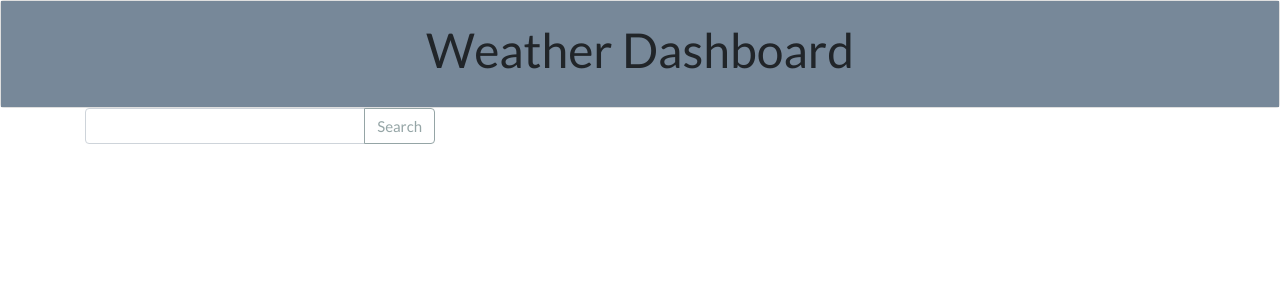
Repository: himaja830/Weather-Dashboard
Page: index.html
An editor plug-in stored every save of this project. The page is shown before and after the next save, followed by the edit.
The browser window is 1280 px wide. The pictures show the whole page.
Some web libraries are served in a nearby version.

Above is the page before, as saved 2020-06-26 12:49:15.

### index.html
<!DOCTYPE html>
<html lang="en">

<head>
    <meta charset="UTF-8">
    <meta name="viewport" content="width=device-width, initial-scale=1.0">
    <title>Weathe Dashboard</title>
    <link rel="stylesheet" href="https://stackpath.bootstrapcdn.com/bootstrap/4.3.1/css/bootstrap.min.css" />
    <link href="https://stackpath.bootstrapcdn.com/bootswatch/4.5.0/flatly/bootstrap.min.css" rel="stylesheet"
        integrity="sha384-mhpbKVUOPCSocLzx2ElRISIORFRwr1ZbO9bAlowgM5kO7hnpRBe+brVj8NNPUiFs" crossorigin="anonymous">
    <link rel="stylesheet" href="https://use.fontawesome.com/releases/v5.8.1/css/all.css"
        integrity="sha384-50oBUHEmvpQ+1lW4y57PTFmhCaXp0ML5d60M1M7uH2+nqUivzIebhndOJK28anvf" crossorigin="anonymous" />
    <link rel="stylesheet" href="assets/style.css">
</head>

<div class="card">
    <div class="card-body">
        <h1>Weather Dashboard</h1>
    </div>
</div>
<div class="container">
    <div class="row">
      <div class="col-sm-4">
        <div class="input-group mb-3">
            <input type="text" class="form-control"  aria-label="" aria-describedby="button-addon2">
            <div class="input-group-append">
              <button class="btn btn-outline-secondary" type="button" id="button-addon2">Search</button>
            </div>
          </div>
      </div>
      <div class="col-sm-8">

      </div>
    </div>
</div>


</body>

</html>

### assets/style.css
.card-body {
    background-color: lightslategray;
    text-align: center;
}
.btn-outline-secondary:hover {
    color:black;
    background-color: lightslategray;
    border-color: black;
}

After the next save:
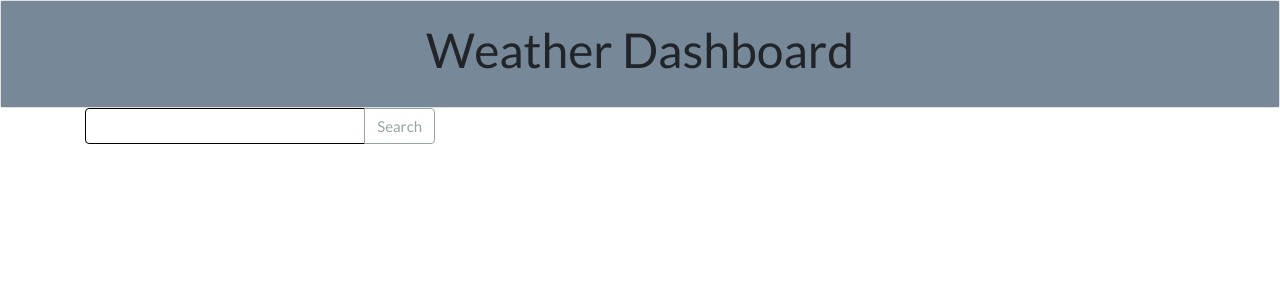
Saved 2 min 32 s later.
--- a/assets/style.css
+++ b/assets/style.css
@@ -7,3 +7,6 @@
     background-color: lightslategray;
     border-color: black;
 }
+.form-control {
+    border: 1px solid black;
+}
